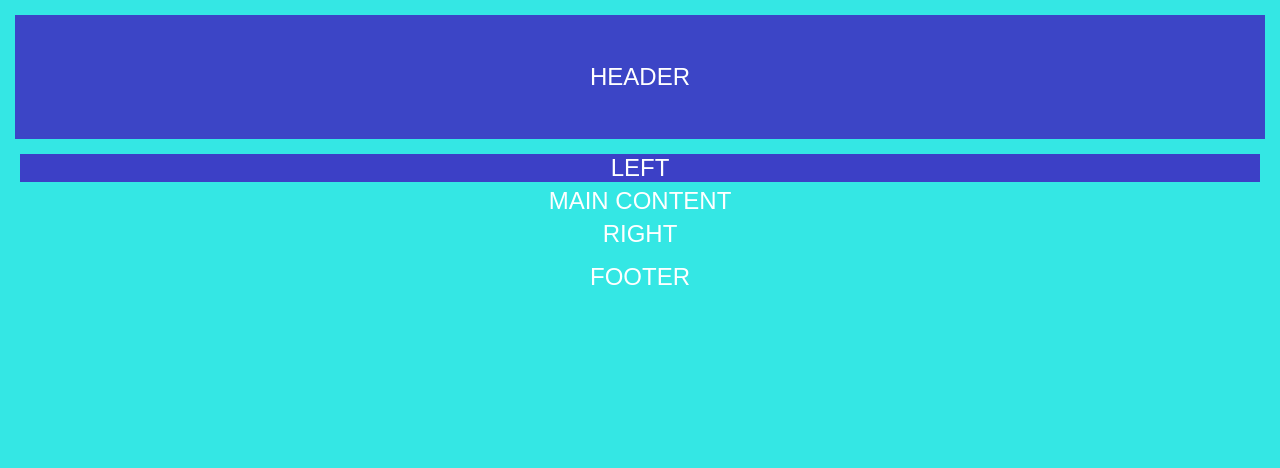
Repository: Badynko/tennis-website
Page: index.html
The author's editor kept a copy of each file at every save. The page is drawn from the files as they stood at one save, then again after the next save.
The browser window is 1280 px wide. The pictures show the whole page.

Above is the page before, as saved 2024-08-01 19:06:09.

After the next save:
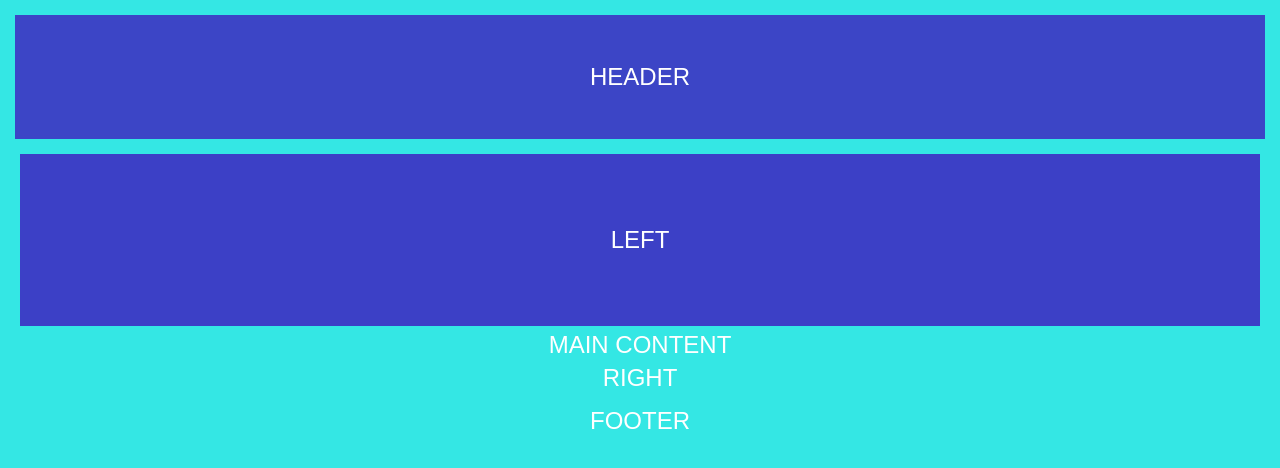
Saved 15 s later.
--- a/css/style.css
+++ b/css/style.css
@@ -20,4 +20,5 @@
 
 .left {
   background: #3c40c6;
+  padding: 3em 0 3em 0;
 }
